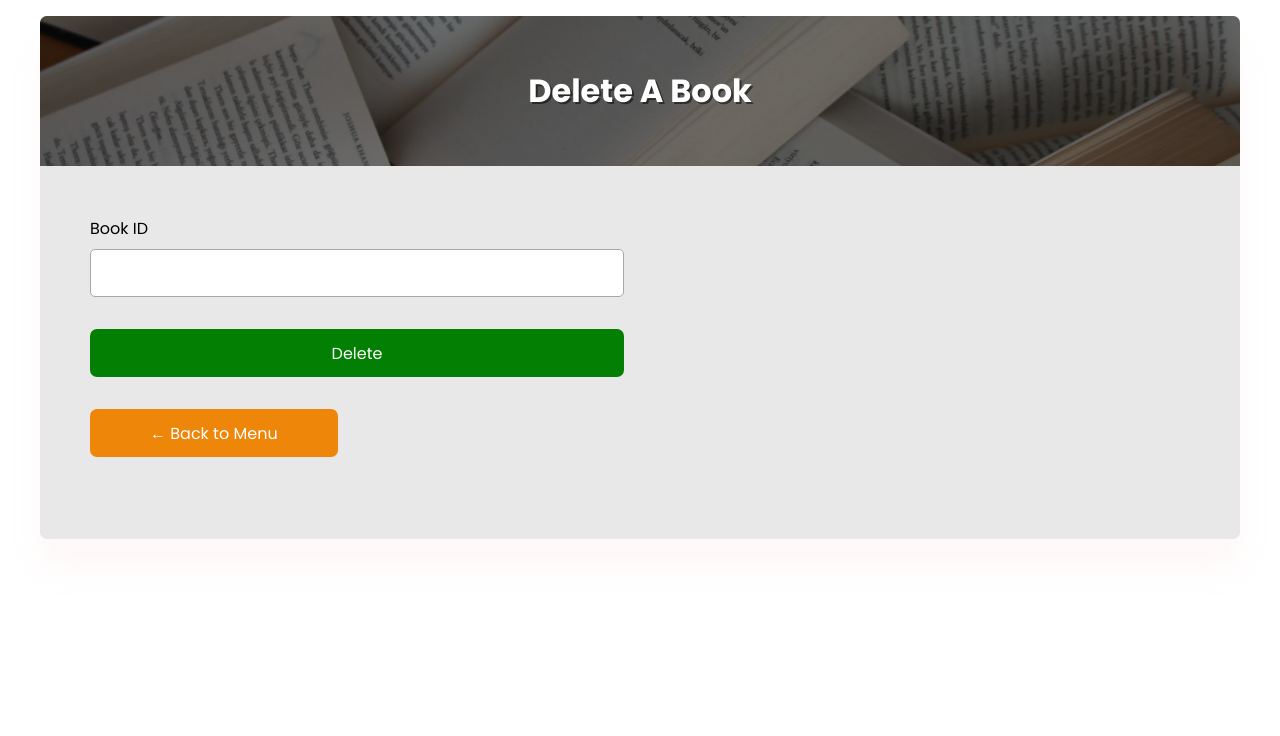
Repository: kcvijay/node_advanced_books
Page: booksSPA/public/pages/deleteBook.html
These files come from the project's save history. The page is drawn as it stood at one moment and after the next save; the edit follows.
The browser window is 1280 px wide. The pictures show the whole page.

Above is the page before, as saved 2023-03-08 17:48:13.

### booksSPA/public/pages/deleteBook.html
<!DOCTYPE html>
<html lang="en">
  <head>
    <meta charset="UTF-8" />
    <meta http-equiv="X-UA-Compatible" content="IE=edge" />
    <meta name="viewport" content="width=device-width, initial-scale=1.0" />
    <title>Delete A Book</title>
    <link rel="stylesheet" href="../styles/styles.css" />
  </head>
  <body>
    <div class="main-wrapper">
      <div class="heading">
        <h1>Delete A Book</h1>
      </div>
      <div class="data-field">
        <form>
          <div>
            <label for="id">Book ID</label>
            <input type="text" id="id" name="id" />
          </div>
          <div></div>
          <button type="submit" id="submit" class="primary-btn">Delete</button>
        </form>
        <div id="messagearea"></div>
        <div>
          <button class="secondary-btn">&larr;&nbsp;Back to Menu</button>
        </div>
      </div>
    </div>
  </body>
</html>

### booksSPA/public/styles/styles.css
@import url("https://fonts.googleapis.com/css2?family=Poppins:wght@400;700&display=swap");

* {
  margin: 0;
  padding: 0;
  box-sizing: border-box;
}

body {
  max-width: 100vw;
  min-height: 100vh;
  font-family: "Poppins", sans-serif;
}

.main-wrapper {
  max-width: 1200px;
  background: #e8e8e8;
  margin: 16px auto;
  border-radius: 7px;
  box-shadow: 0 30px 30px rgba(241, 182, 182, 0.1);
  overflow: hidden;
  transition: all 0.3s ease;
}

.heading {
  background: linear-gradient(rgba(0, 0, 0, 0.4), rgba(0, 0, 0, 0.4)),
    url("../assets/books.jpeg");
  background-position: center;
  background-size: cover;
  background-repeat: no-repeat;
  height: 150px;
  display: flex;
  justify-content: center;
  align-items: center;
}

h1 {
  position: relative;
  color: #fff;
  text-shadow: 2px 2px rgba(0, 0, 0, 0.5);
}

.data-field {
  padding: 50px;
}

input,
textarea,
button {
  font-family: inherit;
  font-size: 16px;
}

input:disabled {
  background-color: #c3bfbf;
  cursor: no-drop;
}
input:disabled:focus {
  outline: none;
}

form {
  display: grid;
  grid-template-columns: 1fr 1fr;
  gap: 32px;
  justify-items: start;
  transition: all 0.3s ease-in-out;
}

form div {
  width: 100%;
}

form label {
  display: inline-block;
  width: 100px;
  margin-bottom: 8px;
}

form input {
  height: 48px;
  width: 100%;
  padding: 0 16px;
  border: 1px solid #a7a7a7;
  border-radius: 5px;
  transition: all 0.3s ease;
}

form input:focus {
  outline: 3px solid #ee870978;
  border: none;
}

.button-set {
  display: grid;
  grid-template-columns: 1fr 1fr;
  gap: 32px;
}

.button-set div .primary-btn {
  display: block;
  width: 100%;
  text-decoration: none;
  display: flex;
  justify-content: center;
  align-items: center;
}

button:hover,
button:active {
  filter: brightness(0.9);
}

.button-set {
  margin-top: 32px;
}

.primary-btn {
  display: flex;
  justify-content: center;
  align-items: center;
  width: 100%;
  height: 48px;
  background-color: #038003;
  text-decoration: none;
  padding: 8px 60px;
  color: #fff;
  border: none;
  border-radius: 7px;
  cursor: pointer;
  transition: all 0.3s ease;
}

.secondary-btn {
  display: flex;
  justify-content: center;
  align-items: center;
  height: 48px;
  margin: 32px 0;
  background-color: #ee8709;
  text-decoration: none;
  padding: 8px 60px;
  color: #fff;
  border: none;
  border-radius: 7px;
  cursor: pointer;
  transition: all 0.3s ease;
}

#messagearea {
  position: absolute;
  left: 0;
  top: 0;
  width: 100vw;
  height: 100vh;
  background-color: rgba(0, 0, 0, 0.7);
  display: none;
  justify-content: center;
  align-items: center;
  z-index: 999;
}

#messagearea p {
  background-color: #fff;
  padding: 32px;
}

/**** TABLE ****/

.table-field {
  overflow-x: auto;
}

table {
  margin: 0 auto;
  max-width: fit-content;
}
thead {
  background: #038003;
  color: #fff;
}
th,
td {
  width: 250px;
  height: 48px;
  padding: 16px;
}

tr:nth-child(odd) {
  background: #ee870945;
}

tr:nth-child(even) {
  background: #ee87095e;
}

tr:last-child td:first-child {
  border-radius: 0 0 0 7px;
}

tr:last-child td:last-child {
  border-radius: 0 0 7px 0;
}

th:not(:first-child) {
  text-align: left;
}

th:first-child {
  border-radius: 7px 0 0 0;
}

th:last-child {
  text-align: center;
  border-radius: 0 7px 0 0;
}

td {
  padding-left: 16px;
}

td:first-child,
td:last-child {
  text-align: center;
}

@media screen and (max-width: 700px) {
  .main-wrapper {
    margin: 0 16px;
  }
  form {
    grid-template-columns: 1fr;
  }

  .data-field {
    padding: 18px;
  }

  .table-field {
    overflow-x: auto;
  }

  table {
    font-size: 14px;
  }

  .button-set {
    grid-template-columns: 1fr;
  }

  .button-set div a {
    display: block;
    width: 100%;
  }
}

After the next save:
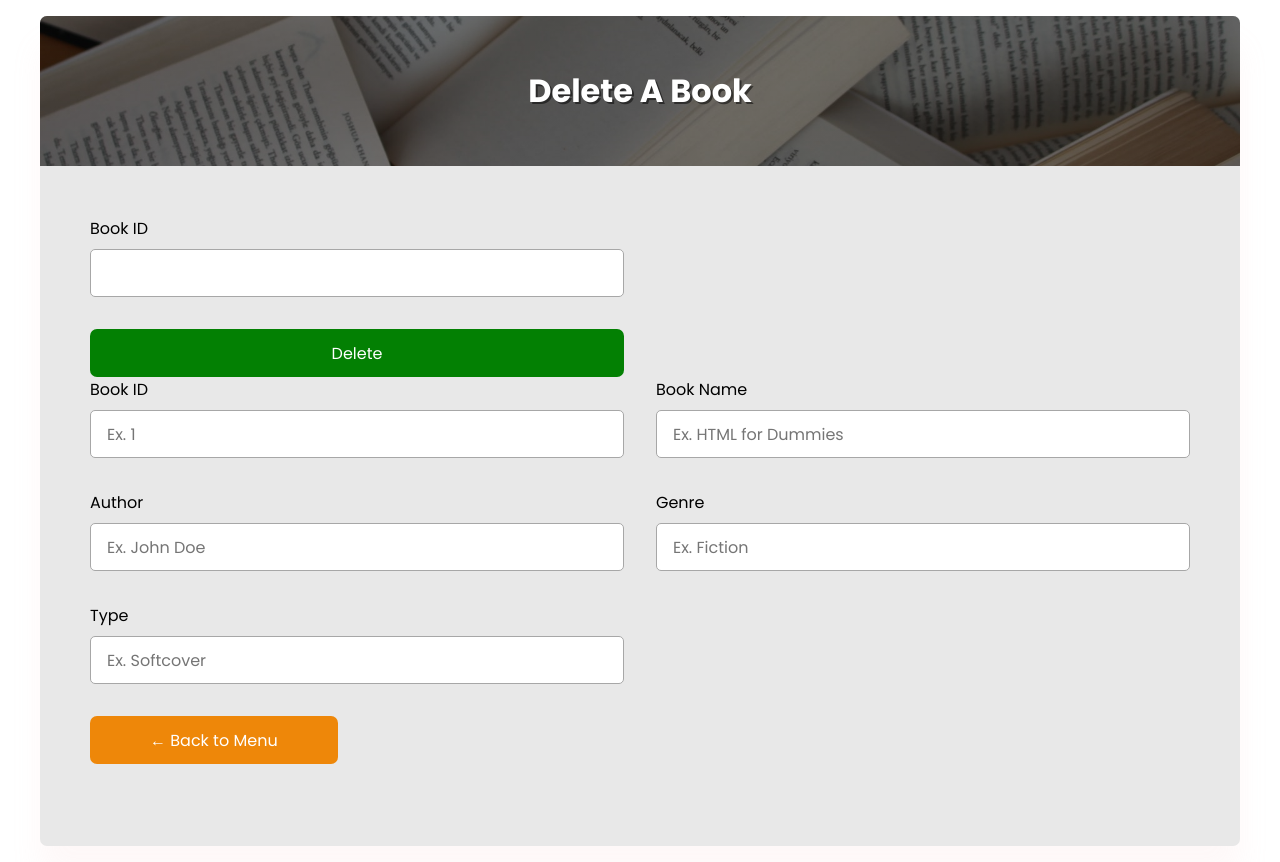
Saved 49 s later.
--- a/booksSPA/public/pages/deleteBook.html
+++ b/booksSPA/public/pages/deleteBook.html
@@ -21,6 +21,59 @@
           <div></div>
           <button type="submit" id="submit" class="primary-btn">Delete</button>
         </form>
+        <form>
+          <div>
+            <label for="id">Book ID</label>
+            <input
+              type="text"
+              id="id"
+              name="id"
+              placeholder="Ex. 1"
+              autocomplete="off"
+              required
+            />
+          </div>
+          <div>
+            <label for="name">Book Name</label>
+            <input
+              type="text"
+              id="name"
+              name="name"
+              placeholder="Ex. HTML for Dummies"
+              autocomplete="off"
+            />
+          </div>
+          <div>
+            <label for="author">Author</label>
+            <input
+              type="text"
+              id="author"
+              name="author"
+              placeholder="Ex. John Doe"
+              autocomplete="off"
+            />
+          </div>
+          <div>
+            <label for="genre">Genre</label>
+            <input
+              type="text"
+              id="genre"
+              name="genre"
+              placeholder="Ex. Fiction"
+              autocomplete="off"
+            />
+          </div>
+          <div>
+            <label for="type">Type</label>
+            <input
+              type="text"
+              id="type"
+              name="type"
+              placeholder="Ex. Softcover"
+              autocomplete="off"
+            />
+          </div>
+        </form>
         <div id="messagearea"></div>
         <div>
           <button class="secondary-btn">&larr;&nbsp;Back to Menu</button>
